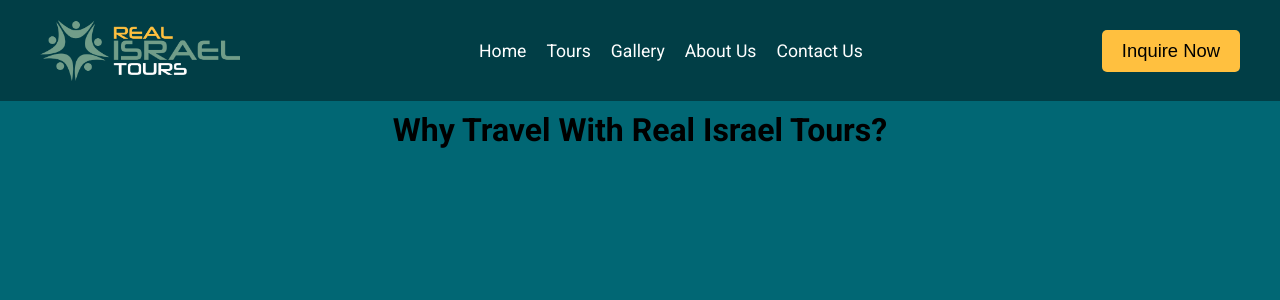
Repository: Pafestivo/realIsraelTours
Page: / (app in frontend/)
These files come from the project's save history. The page is drawn as it stood at one moment and after the next save; the edit follows.
The browser window is 1280 px wide. The pictures show the whole page.
The project was rebuilt for these pictures with package versions that can differ from the ones it lists, and the page was loaded fresh each time. The framework's server and built-in components were replaced by stand-ins that run in the browser. Also part of the build but not shown: frontend/next.config.js.

Above is the page before, as saved 2023-09-19 19:44:28.

After the next save:
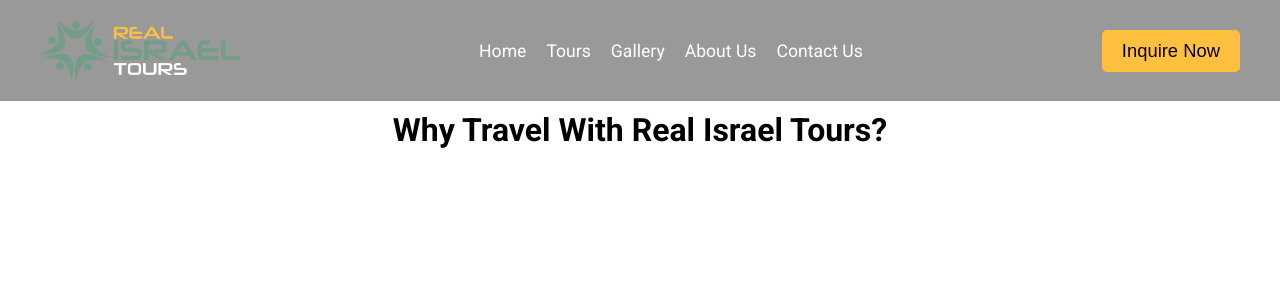
Saved 10 s later.
--- a/frontend/src/styles/globals.css
+++ b/frontend/src/styles/globals.css
@@ -10,7 +10,7 @@
 }
 
 body {
-  background-color: #016774;
+  background-color: var(--main-bg-color);
 }
 
 a {

After the save that followed:
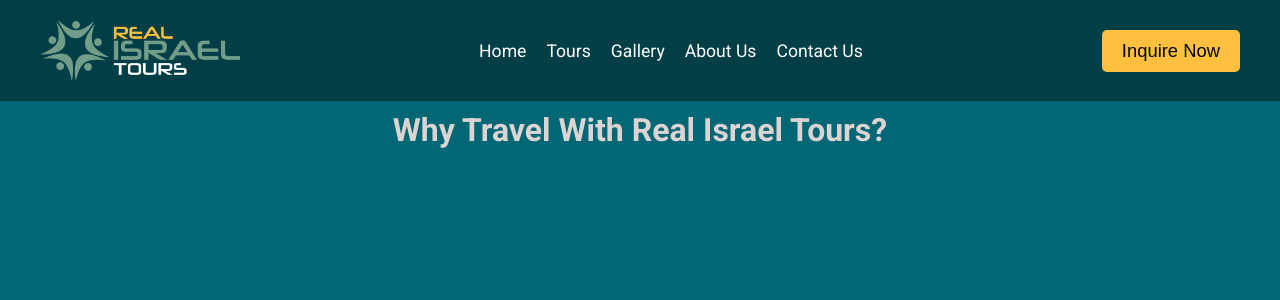
Saved 3 min 44 s later.
--- a/frontend/src/styles/globals.css
+++ b/frontend/src/styles/globals.css
@@ -1,6 +1,6 @@
 :root {
-  --main-bg-color: #016774
-  --main-text-color: #dcd3d3
+  --main-bg-color: #016774;
+  --main-text-color: #dcd3d3;
 }
 
 * {
